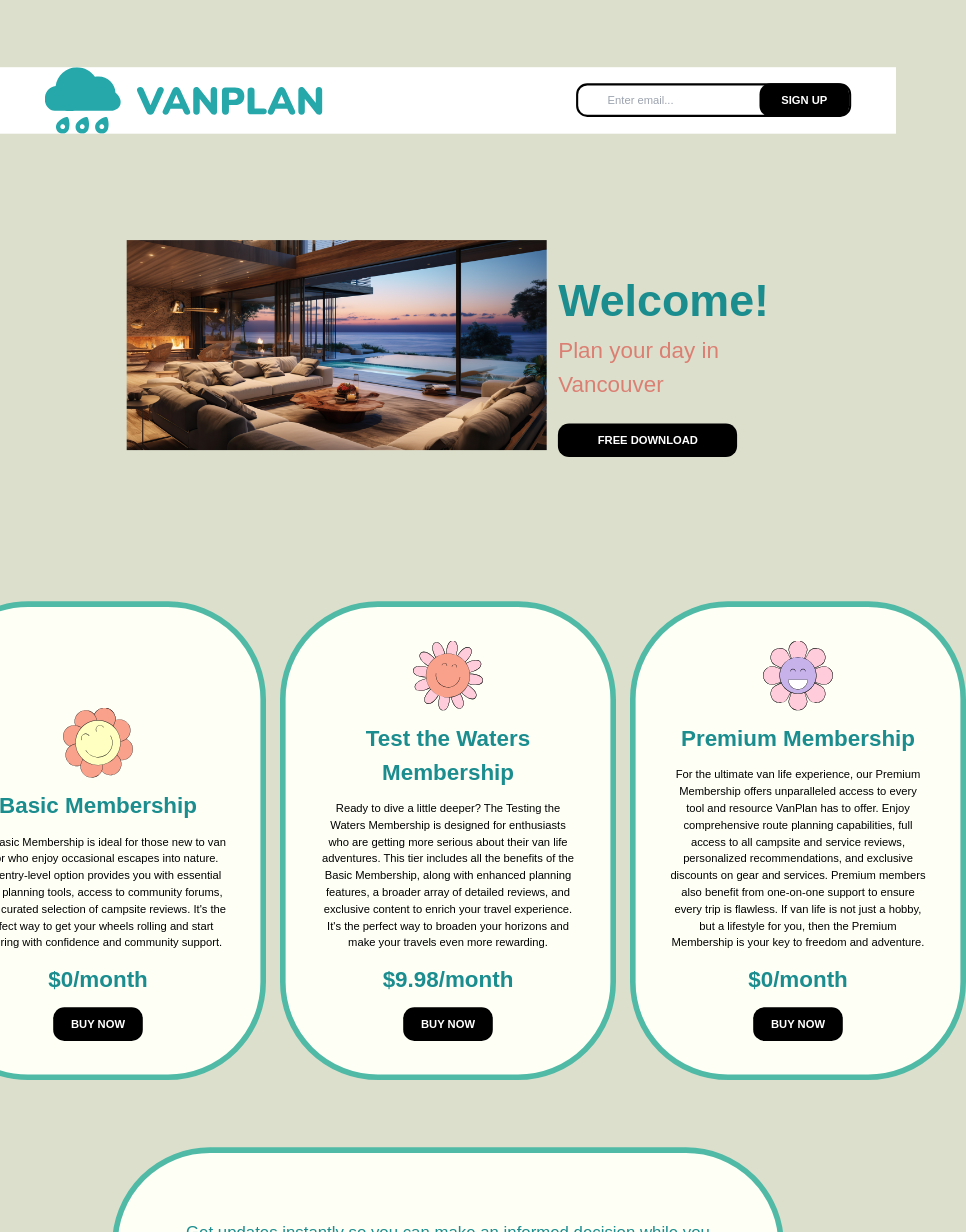
Repository: SaraShio/landing-page
Page: /
These files come from the project's save history. The page is drawn as it stood at one moment and after the next save; the edit follows.
The browser window is 1280 px wide. The page is 1380 px wide, so the pictures cover 1380 px, including what lies to the right of the window. The pictures show the part of the page from y = 0 to 1760 px (the page is 2608 px tall before and 3233 px after), at 70% of full size.
The project was rebuilt for these pictures with package versions that can differ from the ones it lists, and the page was loaded fresh each time. The framework's server and built-in components were replaced by stand-ins that run in the browser. Also part of the build but not shown: next.config.mjs.

Above is the page before, as saved 2024-03-08 22:26:54.

After the next save:
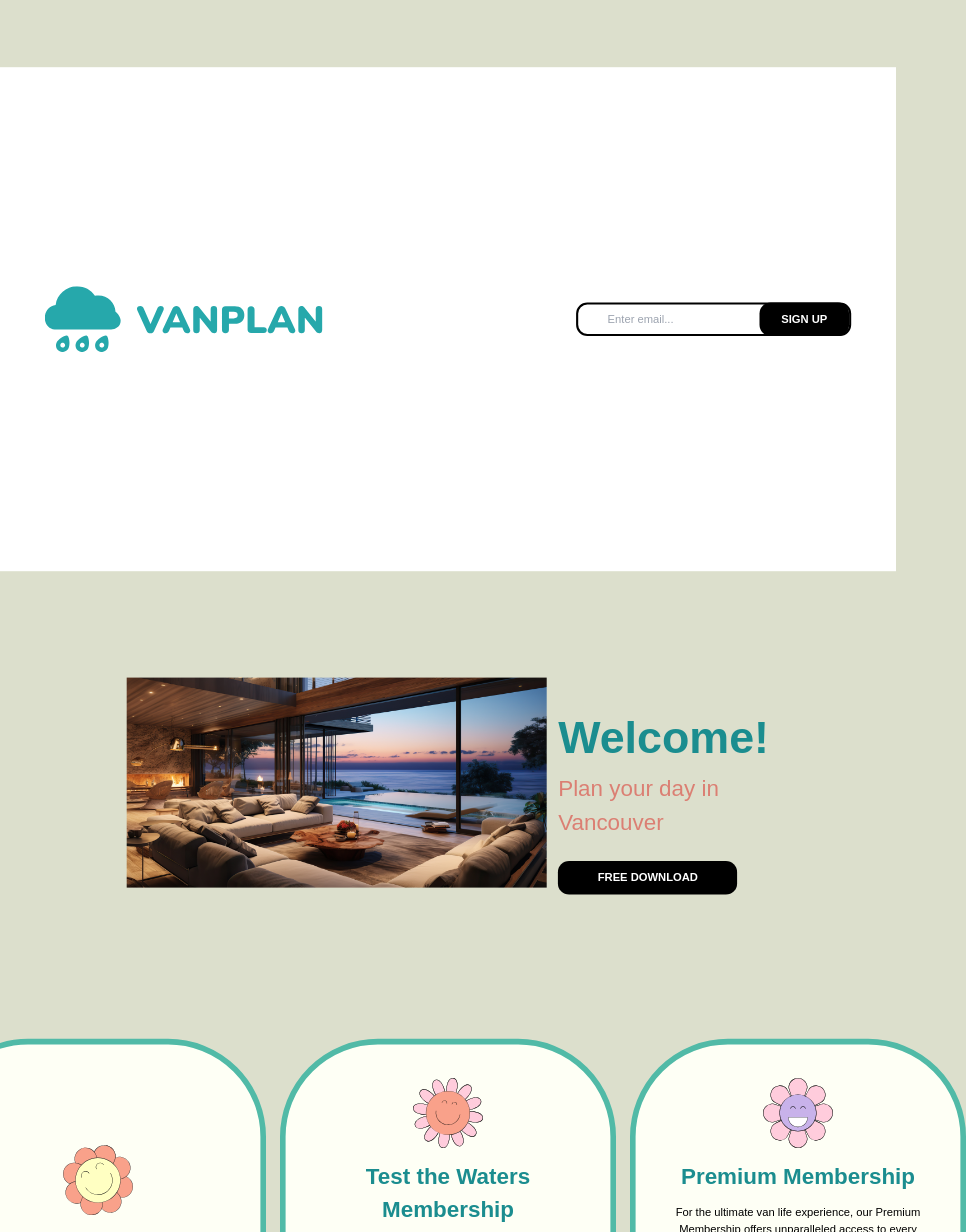
Saved 4 s later.
--- a/components/Header/Header.module.css
+++ b/components/Header/Header.module.css
@@ -3,7 +3,7 @@
     justify-content: space-between;
     align-items: center;
     width: 100vw;
-    height: ;
+    height: 100vh;
     padding-right: 4rem;
     padding-left: 4rem;
     background-color: var(--white);

After the save that followed:
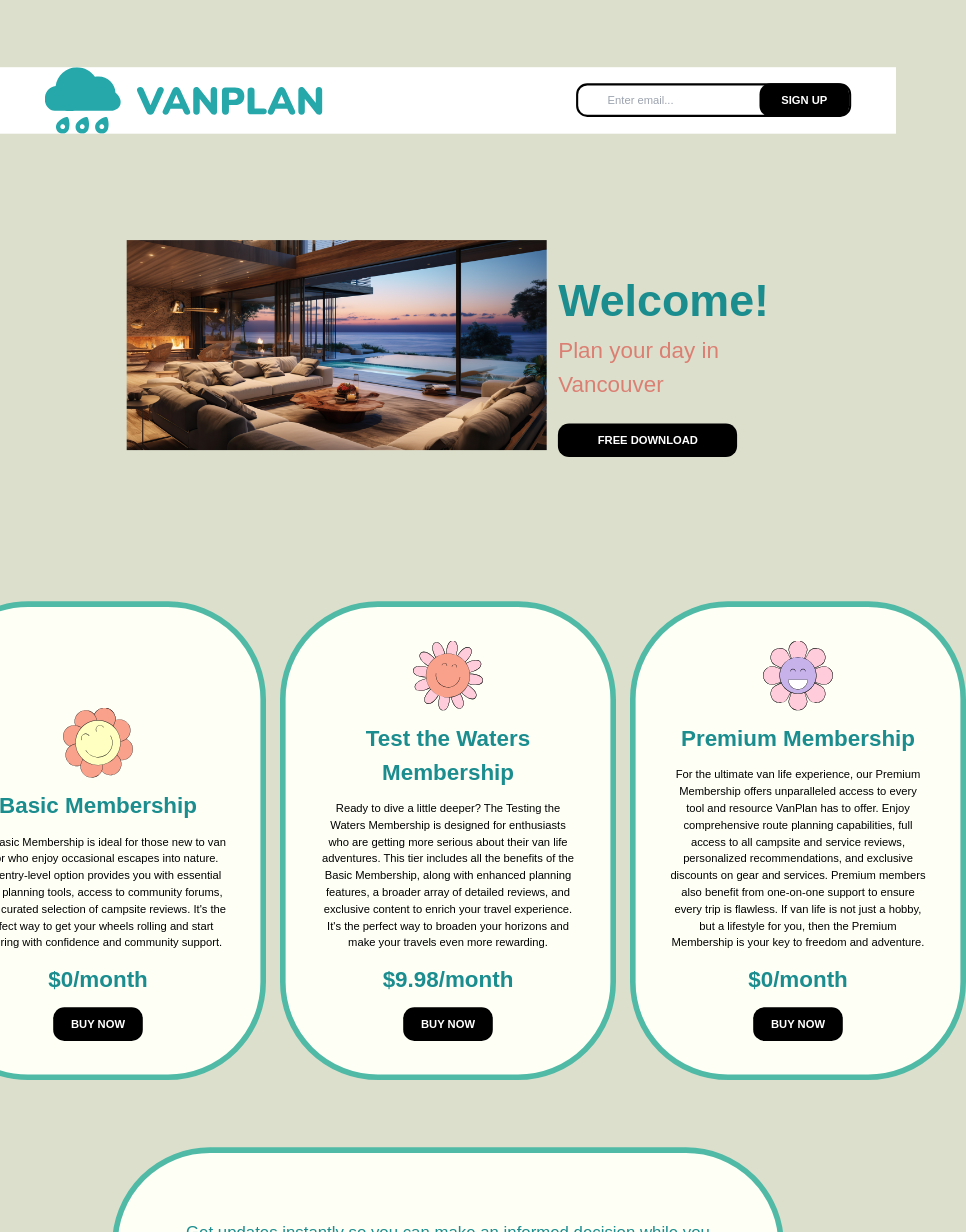
Saved 4 s later.
--- a/components/Header/Header.module.css
+++ b/components/Header/Header.module.css
@@ -3,7 +3,6 @@
     justify-content: space-between;
     align-items: center;
     width: 100vw;
-    height: 100vh;
     padding-right: 4rem;
     padding-left: 4rem;
     background-color: var(--white);
